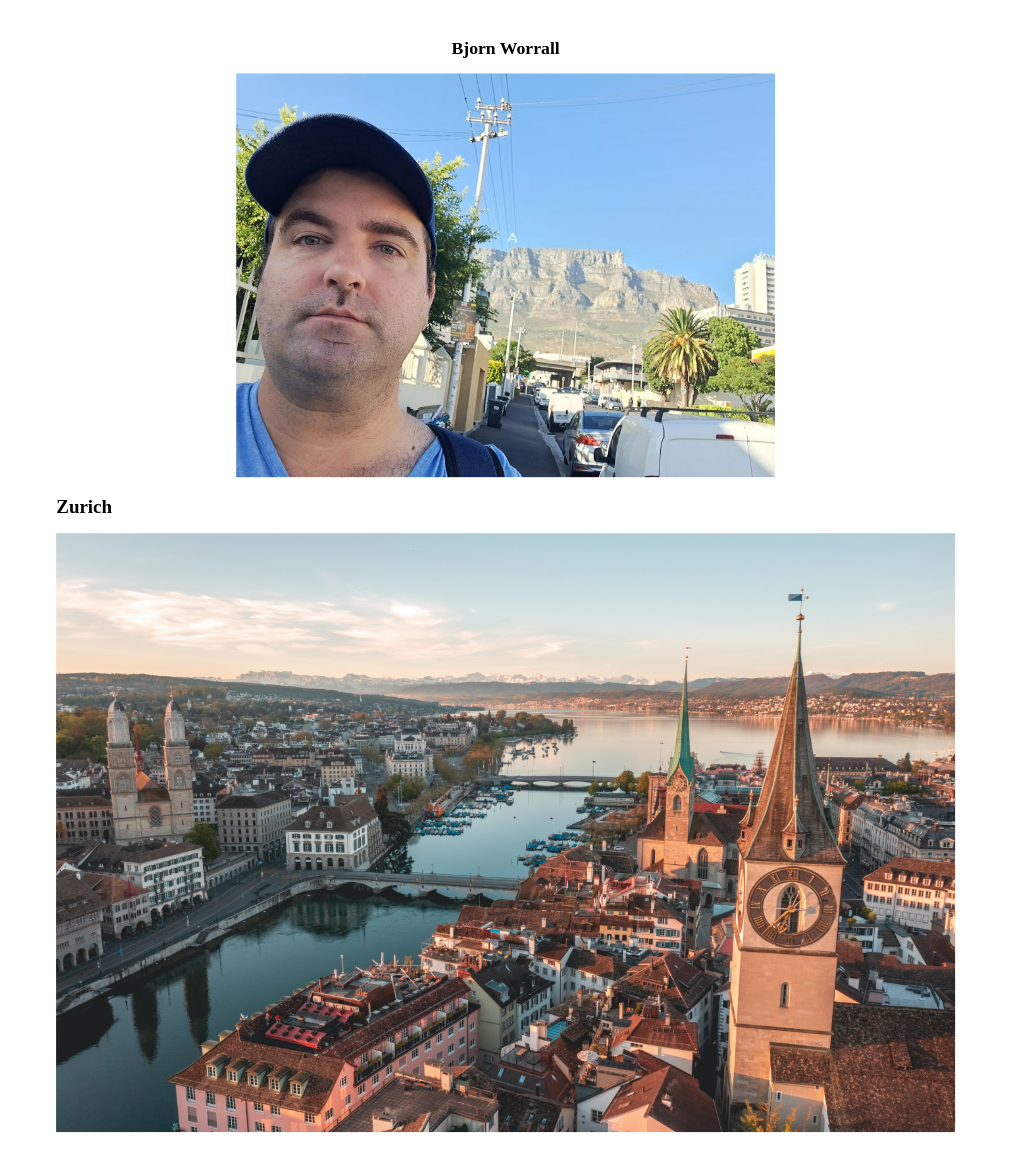
Repository: lasity34/basic-webpage
Page: index.html
An editor plug-in stored every save of this project. The page is shown before and after the next save, followed by the edit.
The browser window is 1280 px wide. The pictures show the whole page, at 79% of full size.

Above is the page before, as saved 2023-03-02 09:17:54.

After the next save:
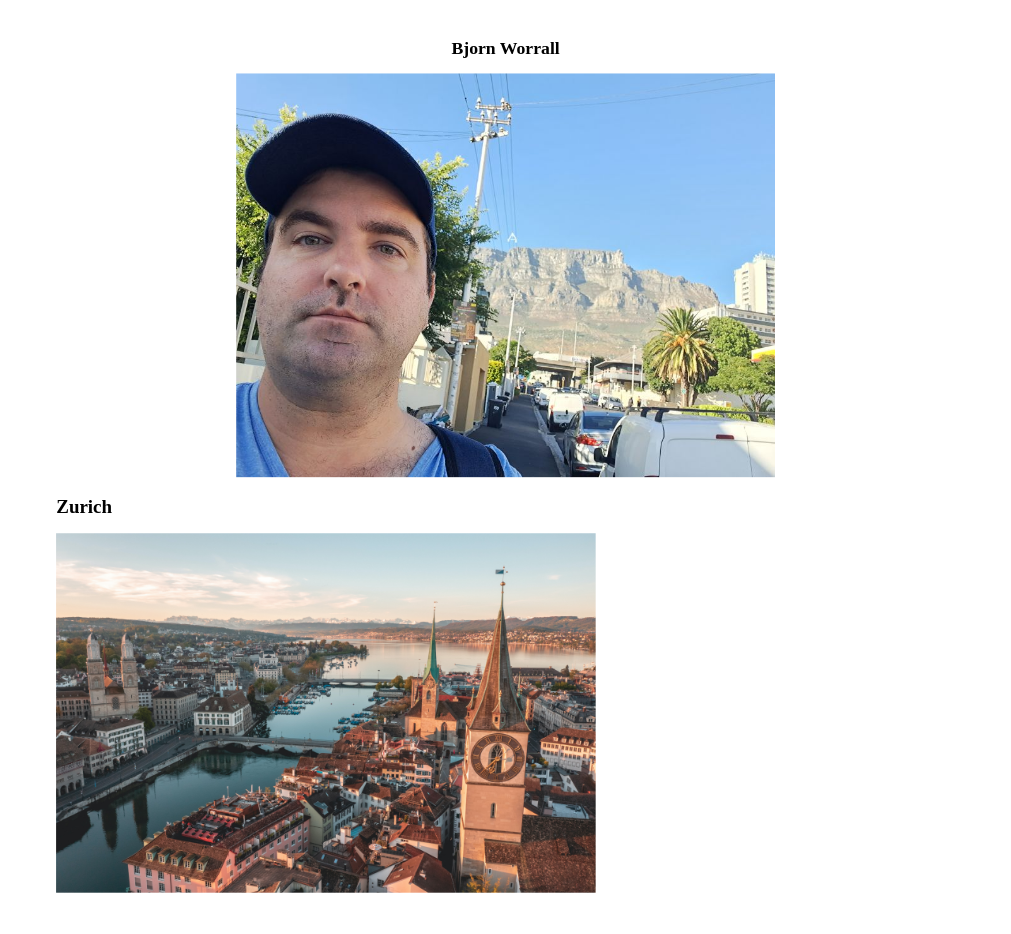
Saved 17 s later.
--- a/index.html
+++ b/index.html
@@ -17,7 +17,7 @@
       </section>
       <section id="city_section">
         <h1>Zurich</h1>
-        <img src="./images/zurich.jpg" width="100%" />
+        <img src="./images/zurich.jpg" width="60%" />
       </section>
     </main>
   </body>
